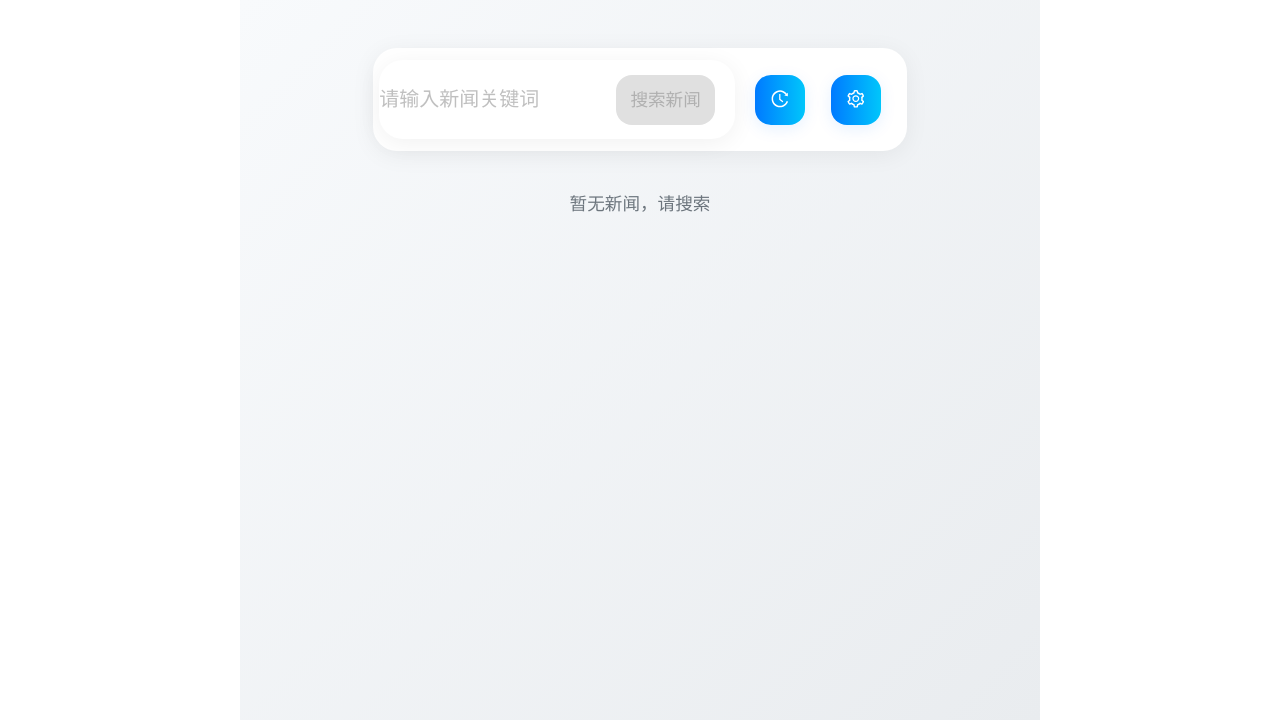
Repository: XJN7197/NewsAssistantBaseMCP
Page: / (app in frontend/)
The author's editor kept a copy of each file at every save. The page is drawn from the files as they stood at one save, then again after the next save.
The browser window is 1280 px wide. The pictures show the whole page.
The project was rebuilt for these pictures with package versions that can differ from the ones it lists, and the page was loaded fresh each time. Also part of the build but not shown: frontend/vite.config.ts, frontend/src/components/NewsCard.tsx.

Above is the page before, as saved 2025-05-25 20:00:04.

### frontend/src/App.tsx
import { useState } from 'react'
import Home from './pages/Home'
import './App.css'

function App() {

  return (
    <>
      <Home/>
    </>
  )
}

export default App

### frontend/src/pages/Home.module.css
.home-container {
  height: 100vh;
  width: 800px;
  background: linear-gradient(135deg, #f8fafc 0%, #e9ecef 100%);
  display: flex;
  flex-direction: column;
  align-items: center;
  padding: 48px 0 48px 0; /* 调整了上下padding，左右padding设为0，因为内容区会通过max-width控制 */
  font-family: -apple-system, BlinkMacSystemFont, "Segoe UI", Roboto, "Helvetica Neue", Arial, "PingFang SC", "Hiragino Sans GB", "Microsoft YaHei", sans-serif;
}

.search-bar {
  display: flex;
  justify-content: space-evenly;
  align-items: center;
  position: sticky;
  top: 0;
  z-index: 1;
  background: #fff;
  border-radius: 24px;
  box-shadow: 0 4px 24px 0 rgba(0,0,0,0.06);
  padding: 12px 0; /* 减小整体内边距 */
  width: 66.66%;
  max-width: none;
}

.search-bar input[type="text"] {
  flex: 1;
  border: none;
  outline: none;
  font-size: 1.25rem;
  background: transparent;
  color: #222;
  padding: 8px 12px; /* 调整输入框内边距 */
  margin: 0;
  box-sizing: border-box;
  border-radius: 8px; /* 添加圆角 */
  transition: background 0.2s;
}

/* 添加输入框悬停效果 */
.search-bar input[type="text"]:hover,
.search-bar input[type="text"]:focus {
  background: rgba(0, 0, 0, 0.02);
}
.search-bar button {
  height: 50px;
  background: linear-gradient(90deg, #007aff 0%, #00c6fb 100%);
  color: #fff;
  border: none;
  border-radius: 16px; /* 更大的圆角 */
  padding: 14px 36px; /* 增加了按钮padding */
  font-size: 1.1rem; /* 稍大字体 */
  font-weight: 500;
  cursor: pointer;
  transition: background 0.2s, box-shadow 0.2s;
  box-shadow: 0 4px 16px 0 rgba(0,122,255,0.10); /* 按钮阴影 */
  margin-right: 20px;
}

.search-bar button:disabled {
  background: #e0e0e0;
  color: #b0b0b0;
  cursor: not-allowed;
  box-shadow: none;
}

.news-list-container { /* Renamed from .news-list */
  width: 66.66%; /* 宽度固定为视口宽度的2/3 */
  /* height: 1500px; 高度固定为1500px */
  max-width: none; /* 移除最大宽度限制 */
  margin-bottom: 40px;
  min-height: 180px; /* 最小高度，避免内容过少时塌陷 */
  display: flex;
  flex-direction: column;
  gap: 24px; /* 新闻卡片之间的间距 */
  overflow-y: auto; /* 添加垂直滚动 */
  /* 可以在这里添加新闻卡片的样式，或者为新闻卡片组件单独创建样式文件 */
}

/* 针对 news-list 中暂无新闻的提示文本样式 */
.news-list > div {
  color: #6c757d; /* 柔和的提示文字颜色 */
  font-size: 1.1rem;
  text-align: center;
  padding: 40px 0;
}

/* Styles for .news-card, .checkbox-container, .news-content, .news-title, .news-desc, .news-link are removed as Ant Design components handle them */

/* 错误消息样式 */
.error-message {
  color: #dc3545; /* 红色错误提示 */
  font-size: 1.1rem;
  text-align: center;
  padding: 40px 0;
}


.analyze-btn {
  margin-bottom: 32px;
}

.analyze-btn button {
  background: linear-gradient(90deg, #34e89e 0%, #0f3443 100%); /* 保持了之前的渐变色 */
  color: #fff;
  border: none;
  border-radius: 16px; /* 更大的圆角 */
  padding: 16px 48px; /* 增加了按钮padding */
  font-size: 1.2rem; /* 稍大字体 */
  font-weight: 600;
  cursor: pointer;
  transition: background 0.2s, box-shadow 0.2s;
  box-shadow: 0 4px 16px 0 rgba(52,232,158,0.10); /* 按钮阴影 */
}

.analyze-btn button:disabled {
  background: #e0e0e0;
  color: #b0b0b0;
  cursor: not-allowed;
  box-shadow: none;
}

/* Styles for .report-modal and its children are removed as Ant Design Modal component handles them */

### frontend/src/mock/newsData.ts
export const mockNewsData = {
    news_list: [
      {
        title: "Qwen引领AI前端技术革新：深度解析一句话开发网页的突破_模型_行业_创新",
        desc: "在人工智能快速发展的2025年，来自量子位的最新报道显示，AI技术正迎来前所未有的革新，尤其是在前端开发领域。由Qwen推出的“AI前端工程师”WebDev工具，以...",
        url: "https://news.sohu.com/a/893821748_121924584"
      },
      {
        title: "谷歌推Gemini2.5Pro模型，AI 助力前端开发与复杂编程",
        desc: "谷歌推Gemini2.5Pro模型#，AI 助力前端开发与复杂编程】5 月7 日消息，科技媒体The Decoder 昨日（5 月6 日）发布博文，报道称谷歌为预热今年的I/O...",
        url: "https://news.sina.com.cn/external/car/2025-05-07/doc-inevtine1324735.shtml"
      },
      {
        title: "前端程序员请注意！首个截图就能生成现代前端代码的AI来了 | 已开源",
        desc: "现在截图生成代码，已经来到了一个新高度——. ⾸个⾯向现代前端代码⽣成的多模态⼤模型解决⽅案，来了！ 而且是开源的那种。 前端程序员请注意！首个截图就能...",
        url: "https://www.qbitai.com/2025/02/258521.html"
      },
      {
        title: "AI包办79%代码，程序员饭碗不保，前端开发要凉，人类只配改Bug？",
        desc: "编码助手更偏向自动化。有79%的Claude Code对话可以被归为「自动化」，即AI直接完成任务，而不是与人类协作「增强」。相比之下，Claude.ai的对话中只有49%是...",
        url: "https://m.36kr.com/p/3271134281245063"
      },
      {
        title: "武汉烽火申请前后端协同开发方法专利，大大降低前后端耦合度",
        desc: "本文源自:金融界. 金融界2025年5月15日消息，国家知识产权局信息显示，武汉烽火信息集成技术有限公司申请一项名为“前后端协同开发方法、装置、设备及可...",
        url: "https://cj.sina.cn/articles/view/1704103183/65928d0f02007wlqg?froms=ggmp"
      }
    ]
  };

### frontend/src/mock/reportData.ts
// 模拟舆情分析报告数据
export const mockReportData = {
  report: `
  **分析时间：** 2025-05-22 20:48:32

  ---

  ## 📥 原始新闻内容

  ### 新闻1
  - **标题**: Qwen引领AI前端技术革新：深度解析一句话开发网页的突破_模型_行业_创新
  - **描述**: 在人工智能快速发展的2025年，来自量子位的最新报道显示，AI技术正迎来前所未有的革新，尤其是在前端开发领域。由Qwen推出的“AI前端工程师”WebDev工具，以...
  - **链接**: https://news.sohu.com/a/893821748_121924584

  ### 新闻2
  - **标题**: 谷歌推Gemini2.5Pro模型，AI 助力前端开发与复杂编程
  - **描述**: 谷歌推Gemini2.5Pro模型#，AI 助力前端开发与复杂编程】5 月7 日消息，科技媒体The Decoder 昨日（5 月6 日）发布博文，报道称谷歌为预热今年的I/O...
  - **链接**: https://news.sina.com.cn/external/car/2025-05-07/doc-inevtine1324735.shtml

  ### 新闻3
  - **标题**: 前端程序员请注意！首个截图就能生成现代前端代码的AI来了 | 已开源
  - **描述**: 现在截图生成代码，已经来到了一个新高度——. ⾸个⾯向现代前端代码⽣成的多模态⼤模型解决⽅案，来了！ 而且是开源的那种。 前端程序员请注意！首个截图就能...
  - **链接**: https://www.qbitai.com/2025/02/258521.html

  ### 新闻4
  - **标题**: AI包办79%代码，程序员饭碗不保，前端开发要凉，人类只配改Bug？
  - **描述**: 编码助手更偏向自动化。有79%的Claude Code对话可以被归为「自动化」，即AI直接完成任务，而不是与人类协作「增强」。相比之下，Claude.ai的对话中只有49%是...
  - **链接**: https://m.36kr.com/p/3271134281245063

  ### 新闻5
  - **标题**: 武汉烽火申请前后端协同开发方法专利，大大降低前后端耦合度
  - **描述**: 本文源自:金融界. 金融界2025年5月15日消息，国家知识产权局信息显示，武汉烽火信息集成技术有限公司申请一项名为“前后端协同开发方法、装置、设备及可...
  - **链接**: https://cj.sina.cn/articles/view/1704103183/65928d0f02007wlqg?froms=ggmp

  ---

  ## 📊 分析结果

  ### 舆情分析报告
  **日期**：2025年5月
  **分析范围**：五篇关于AI与前端开发的新闻

  ---

  #### **一、情绪倾向分析**
  | 新闻编号 | 情绪倾向 | 原因说明 |
  |----------|----------|----------|
  | **新闻1** | **正面** | 强调Qwen的“革新”“突破”等词汇，突出AI技术对前端开发的赋能，传递积极创新信号。 |
  | **新闻2** | **正面** | 谷歌推出新模型推动“AI助力前端开发”，体现技术迭代的行业趋势，语气温和但积极。 |
  | **新闻3** | **正面** | 聚焦“首个截图生成代码”“开源”等关键词，展示AI工具的实用性和开放性，引发开发者关注。 |
  | **新闻4** | **负面** | 标题直接使用“饭碗不保”“要凉”等强烈词汇，讨论AI对程序员职业的冲击，情绪偏担忧。 |
  | **新闻5** | **正面** | 武汉烽火的专利申请聚焦“降低耦合度”技术优化，体现行业对效率提升的关注，属中性积极技术报道。 |

  ---

  #### **二、舆情总结**
  1. **技术革新主导正面情绪**
     - 多篇新闻聚焦AI在前端开发中的创新应用（如Qwen、Gemini2.5Pro、开源工具），强调效率提升、自动化开发等优势，反映行业对AI技术的期待与认可。
     - 专利申请（新闻5）进一步表明企业对技术优化的重视，传递积极发展趋势。

  2. **负面情绪集中于就业风险**
     - 新闻4通过“79%代码由AI包办”“程序员饭碗不保”等表述，引发对AI替代人力的焦虑，负面情绪显著，但未否认技术价值。

  3. **行业矛盾与机遇并存**
     - 正面报道多关注技术突破，负面内容则反映人类与AI协作模式的争议，整体呈现“技术进步”与“职业担忧”的双重叙事。

  ---

  #### **三、建议**
  - **技术开发者**：关注AI工具的开源与迭代（如新闻3），同时提升复合技能以适应自动化趋势。
  - **企业与政策制定者**：平衡技术应用与就业保障，推动人机协作模式的探索。
  - **媒体传播**：客观呈现AI对行业的赋能与挑战，避免过度渲染负面情绪。

  **结论**：当前舆情以技术革新为核心积极主题，但需警惕AI对职业结构的潜在冲击，行业需在创新与人文关怀间寻求平衡。
`
}

### frontend/src/components/NewsSearch.tsx
import React from 'react';
import { Button as AntButton, Input } from 'antd';
import styles from '../pages/Home.module.css'; // 引入 Home.module.css 中的样式

interface NewsSearchProps {
  keyword: string;
  setKeyword: (keyword: string) => void;
  handleSearch: () => void;
  loading: boolean;
}

const NewsSearch: React.FC<NewsSearchProps> = ({
  keyword,
  setKeyword,
  handleSearch,
  loading,
}) => {
  return (
    <div className={styles['search-bar']}> {/* 使用 Home.module.css 中的样式 */}
      <Input
        placeholder="请输入新闻关键词"
        value={keyword}
        onChange={e => setKeyword(e.target.value)}
        onPressEnter={handleSearch} // 支持回车搜索
        style={{ flex: 1, fontSize: '1.25rem', padding: '12px 0' }} // 保持原有部分样式
      />
      <AntButton
        type="primary"
        onClick={handleSearch}
        loading={loading}
        disabled={!keyword}
        style={{ borderRadius: '16px', padding: '14px', fontSize: '1.1rem', fontWeight: 500 }} // 保持原有部分样式，并添加右边距
      >
        搜索新闻
      </AntButton>
    </div>
  );
};

export default NewsSearch;

### frontend/src/components/NewsList.tsx
import React from 'react';
import { List, Spin, Typography } from 'antd';
import NewsCard from './NewsCard';
import styles from '../pages/Home.module.css'; // 引入 Home.module.css 中的样式

const { Text } = Typography;

interface NewsListProps {
  newsList: any[]; // 根据实际新闻数据结构定义更精确的类型
  selectedNews: Set<number>;
  onItemChange: (id: number, checked: boolean) => void;
  loading: boolean;
}

const NewsList: React.FC<NewsListProps> = ({
  newsList,
  selectedNews,
  onItemChange,
  loading,
}) => {
  return (
    <div className={styles['news-list-container']}> {/* 使用 Home.module.css 中的样式 */}
      {loading && newsList.length === 0 && (
        <div style={{ textAlign: 'center', padding: '40px 0' }}>
          <Spin size="large" />
        </div>
      )}
      {!loading && newsList.length === 0 && (
        <div style={{ textAlign: 'center', color: '#6c757d', fontSize: '1.1rem', padding: '40px 0' }}>
          暂无新闻，请搜索
        </div>
      )}
      {newsList.length > 0 && newsList[0].error && (
        <div className={styles['error-message']}>{newsList[0].error}</div>
      )}
      {newsList.length > 0 && !newsList[0].error && (
        <List
          itemLayout="horizontal"
          dataSource={newsList}
          renderItem={item => (
            <NewsCard
              key={item.id}
              item={item}
              selectedNews={selectedNews}
              onItemChange={onItemChange}
            />
          )}
        />
      )}
    </div>
  );
};

export default NewsList;

### frontend/src/components/ReportModal.tsx
import React from 'react';
import { Modal, Button as AntButton, Spin, Typography } from 'antd';
import ReactMarkdown from 'react-markdown';
import remarkGfm from 'remark-gfm';

const { Title, Text } = Typography;

interface ReportModalProps {
  showReport: boolean;
  setShowReport: (show: boolean) => void;
  report: string | null;
  loading: boolean;
  handleDownload: () => void;
  setEmailModalVisible: (visible: boolean) => void;
}

const ReportModal: React.FC<ReportModalProps> = ({
  showReport,
  setShowReport,
  report,
  loading,
  handleDownload,
  setEmailModalVisible,
}) => {
  return (
    <Modal
      title={<Title level={3} style={{ textAlign: 'center', marginBottom: 0 }}>舆情分析报告</Title>}
      open={showReport}
      onCancel={() => setShowReport(false)}
      footer={[
        <AntButton
          key="download"
          onClick={handleDownload}
          disabled={!report}
          style={{ borderRadius: '12px', marginRight: '8px' }}
        >
          下载报告
        </AntButton>,
        <AntButton
          key="email"
          onClick={() => setEmailModalVisible(true)}
          disabled={!report}
          style={{ borderRadius: '12px', marginRight: '8px' }}
        >
          发送邮件
        </AntButton>,
        <AntButton key="close" type="primary" onClick={() => setShowReport(false)} style={{ borderRadius: '12px' }}>
          关闭
        </AntButton>
      ]}
      width="60vw"
      styles={{
        body: { maxHeight: '70vh', overflowY: 'auto', background: '#fff', padding: '24px 40px' },
        content: { zIndex: 1000 }
      }}
    >
      {loading && !report ? (
        <div style={{ textAlign: 'center', padding: '40px 0' }}>
          <Spin size="large" tip="分析报告生成中..." />
        </div>
      ) : report ? (
        <ReactMarkdown remarkPlugins={[remarkGfm]}>{report}</ReactMarkdown>
      ) : (
        <Text>报告生成中或无内容...</Text>
      )}
    </Modal>
  );
};

export default ReportModal;

### frontend/src/components/SettingsModal.tsx
import React from 'react';
import { Modal, Button as AntButton, Spin, Form, Input, Typography, message } from 'antd';

const { Title } = Typography;

interface SettingsModalProps {
  showSettings: boolean;
  setShowSettings: (show: boolean) => void;
  config: any; // 根据实际配置数据结构定义更精确的类型
  configLoading: boolean;
  fetchConfig: () => void;
  updateConfig: (values: any) => Promise<void>;
}

const SettingsModal: React.FC<SettingsModalProps> = ({
  showSettings,
  setShowSettings,
  config,
  configLoading,
  fetchConfig,
  updateConfig,
}) => {
  const [configForm] = Form.useForm();

  // 当弹窗打开时获取配置
  React.useEffect(() => {
    if (showSettings) {
      fetchConfig();
    }
  }, [showSettings, fetchConfig]);

  // 当 config 更新时设置表单值
  React.useEffect(() => {
    configForm.setFieldsValue(config);
  }, [config, configForm]);

  const handleSave = async () => {
    try {
      const values = await configForm.validateFields();
      await updateConfig(values);
    } catch (errorInfo) {
      console.error('Validate Failed:', errorInfo);
      message.error('请检查表单填写是否正确。');
    }
  };

  return (
    <Modal
      title={<Title level={3} style={{ textAlign: 'center', marginBottom: 0 }}>配置设置</Title>}
      open={showSettings}
      onCancel={() => setShowSettings(false)}
      footer={[
        <AntButton key="cancel" onClick={() => setShowSettings(false)} style={{ borderRadius: '12px' }}>
          取消
        </AntButton>,
        <AntButton key="submit" type="primary" loading={configLoading} onClick={handleSave} style={{ borderRadius: '12px' }}>
          保存
        </AntButton>,
      ]}
      width="50vw"
      styles={{ body: { maxHeight: '70vh', overflowY: 'auto', background: '#fff', padding: '24px 40px' } }}
    >
      {configLoading && Object.keys(config).length === 0 ? (
        <div style={{ textAlign: 'center', padding: '40px 0' }}>
          <Spin size="large" tip="加载配置中..." />
        </div>
      ) : (
        <Form
          form={configForm}
          layout="vertical"
          initialValues={config} // 使用状态中的配置作为初始值
        >
          {Object.keys(config).map(key => {
            let inputProps = {};

            // 根据不同字段设置不同的input type
            if (key === 'BASE_URL') {
              inputProps = { type: 'url', placeholder: '请输入有效的URL地址' };
            } else if (key === 'EMAIL_USER') {
              inputProps = { type: 'email', placeholder: '请输入有效的邮箱地址' };
            } else if (key === 'SMTP_SERVER') {
              inputProps = {
                type: 'text',
                placeholder: '请输入SMTP服务器地址',
                pattern: '^[a-zA-Z0-9][a-zA-Z0-9\-\.]+[a-zA-Z0-9]$'
              };
            }

            return (
              <Form.Item
                key={key}
                label={key}
                name={key}
                rules={[{ required: true, message: `请输入 ${key}!` }]} // 添加必填规则
              >
                <Input {...inputProps} />
              </Form.Item>
            );
          })}
        </Form>
      )}
    </Modal>
  );
};

export default SettingsModal;

### frontend/src/components/EmailModal.tsx
import React, { useState } from 'react';
import { Modal, Button as AntButton, Form, Input, message } from 'antd';

interface EmailModalProps {
  emailModalVisible: boolean;
  setEmailModalVisible: (visible: boolean) => void;
  report: string | null;
}

const EmailModal: React.FC<EmailModalProps> = ({
  emailModalVisible,
  setEmailModalVisible,
  report,
}) => {
  const [emailTo, setEmailTo] = useState('');
  const [emailSending, setEmailSending] = useState(false);
  const [form] = Form.useForm();

  // Reset form when modal opens
  React.useEffect(() => {
    if (emailModalVisible) {
      form.resetFields();
      setEmailTo(''); // Also reset local state
    }
  }, [emailModalVisible, form]);

  const handleSendEmail = async () => {
    if (!report || !emailTo) return;

    setEmailSending(true);
    try {
      const response = await fetch('http://localhost:8000/send_email', {
        method: 'POST',
        headers: {
          'Content-Type': 'application/json',
        },
        body: JSON.stringify({
          to: emailTo,
          subject: `舆情分析报告`,
          report_content: report
        }),
      });

      const data = await response.json();
      if (data.status === 'success') {
        message.success('邮件发送成功！');
        setEmailModalVisible(false);
      } else {
        message.error(`邮件发送失败: ${data.message}`);
      }
    } catch (error) {
      console.error("邮件发送失败:", error);
      message.error(`邮件发送失败: ${error}`);
    } finally {
      setEmailSending(false);
    }
  };

  return (
    <Modal
      title="发送分析报告到邮箱"
      open={emailModalVisible}
      onCancel={() => setEmailModalVisible(false)}
      footer={[
        <AntButton key="cancel" onClick={() => setEmailModalVisible(false)} style={{ borderRadius: '12px' }}>
          取消
        </AntButton>,
        <AntButton
          key="send"
          type="primary"
          loading={emailSending}
          onClick={handleSendEmail}
          disabled={!emailTo}
          style={{ borderRadius: '12px' }}
        >
          发送
        </AntButton>,
      ]}
    >
      <Form form={form} layout="vertical">
        <Form.Item
          label="收件人邮箱"
          name="email"
          rules={[
            { required: true, message: '请输入收件人邮箱!' },
            { type: 'email', message: '请输入有效的邮箱地址!' }
          ]}
        >
          <Input
            placeholder="请输入收件人邮箱"
            value={emailTo}
            onChange={e => setEmailTo(e.target.value)}
          />
        </Form.Item>
      </Form>
    </Modal>
  );
};

export default EmailModal;

Loaded but not shown: frontend/index.html (common file); frontend/src/main.tsx (common file); frontend/src/index.css (common file); frontend/src/App.css (common file); frontend/src/pages/Home.tsx (476 lines, source omitted)

After the next save:
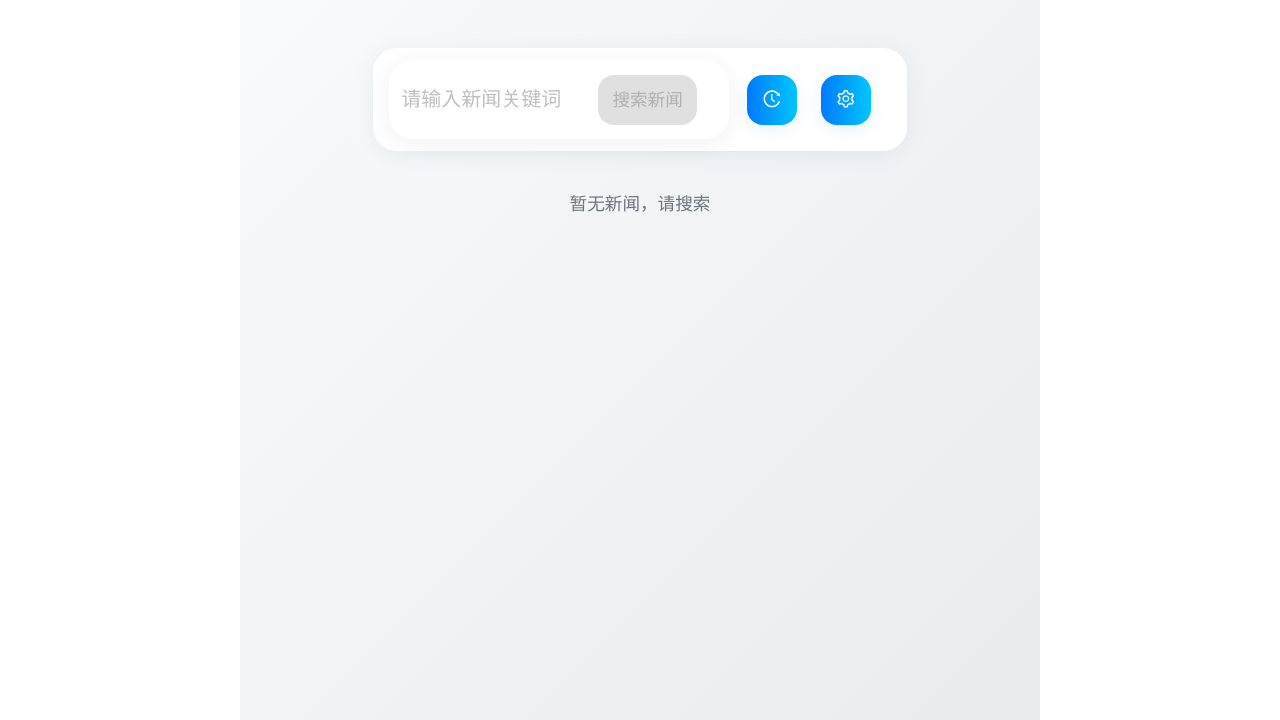
Saved 52 s later.
--- a/frontend/src/pages/Home.module.css
+++ b/frontend/src/pages/Home.module.css
@@ -19,7 +19,7 @@
   background: #fff;
   border-radius: 24px;
   box-shadow: 0 4px 24px 0 rgba(0,0,0,0.06);
-  padding: 12px 0; /* 减小整体内边距 */
+  padding: 12px 12px; /* 减小整体内边距 */
   width: 66.66%;
   max-width: none;
 }
